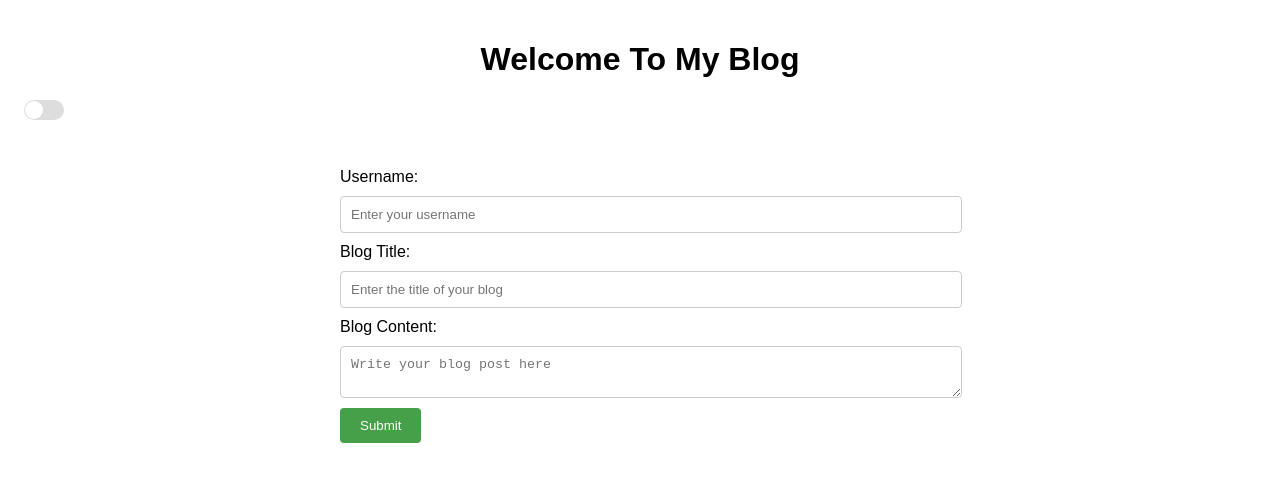
Repository: PaigeC001/WeatherOutlookTracker
Page: Challenge-4/index.html
An editor plug-in stored every save of this project. The page is shown before and after the next save, followed by the edit.
The browser window is 1280 px wide. The pictures show the whole page.
The pointer rests on the first visible `button`.

Above is the page before, as saved 2024-06-25 01:08:48.

After the next save:
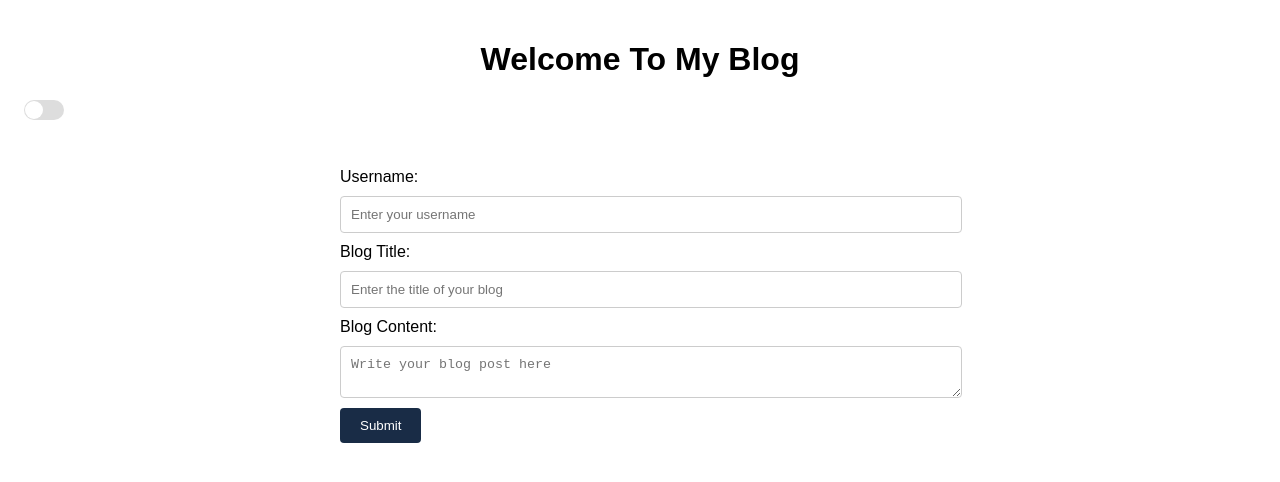
Saved 27 s later.
--- a/Challenge-4/styles.css
+++ b/Challenge-4/styles.css
@@ -38,7 +38,7 @@ button {
 }
 
 button:hover {
-  background-color: #45a049;
+  background-color: #192c46;
 }
 
 .toggle-container {
